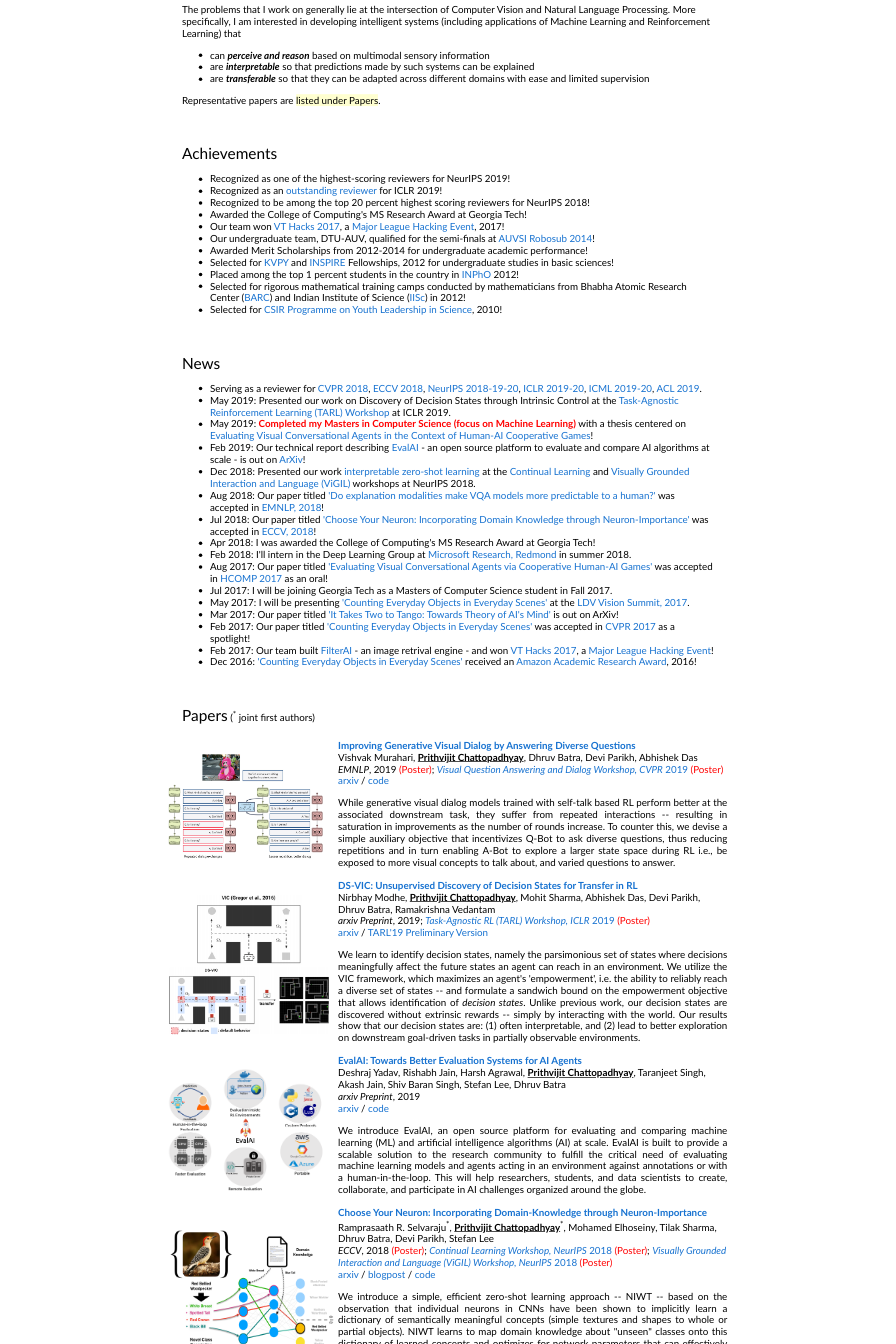
Repository: prithv1/prithv1.github.io
Page: index.html
The author's editor kept a copy of each file at every save. The page is drawn from the files as they stood at one save, then again after the next save.
The browser window is 1280 px wide. The pictures show the part of the page from y = 571 to 2491 px (the page is 3448 px tall before and 3465 px after), at 70% of full size.

Above is the page before, as saved 2020-05-01 22:35:56.

After the next save:
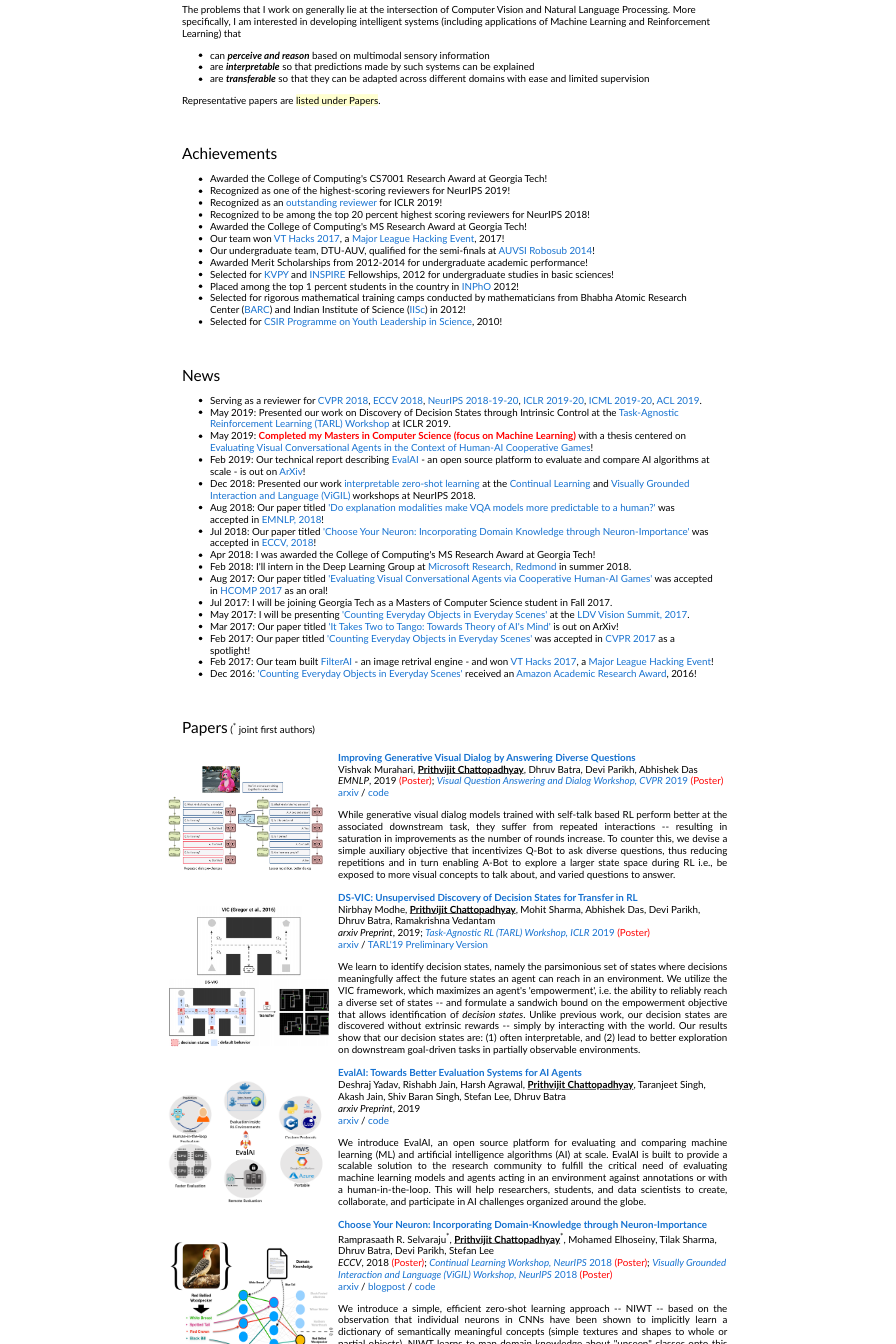
Saved 3 min 15 s later.
--- a/index.html
+++ b/index.html
@@ -94,7 +94,7 @@
             <td>
               <heading>Achievements</heading>
               <ul>
-
+                <li>Awarded the College of Computing's CS7001 Research Award at Georgia Tech!</li>
                 <li>Recognized as one of the highest-scoring reviewers for NeurIPS 2019!</li>
                 <li>Recognized as an <a href="https://iclr.cc/Conferences/2019/Awards">outstanding reviewer</a> for ICLR 2019!</li>
                 <li>Recognized to be among the top 20 percent highest scoring reviewers for NeurIPS 2018!</li>
